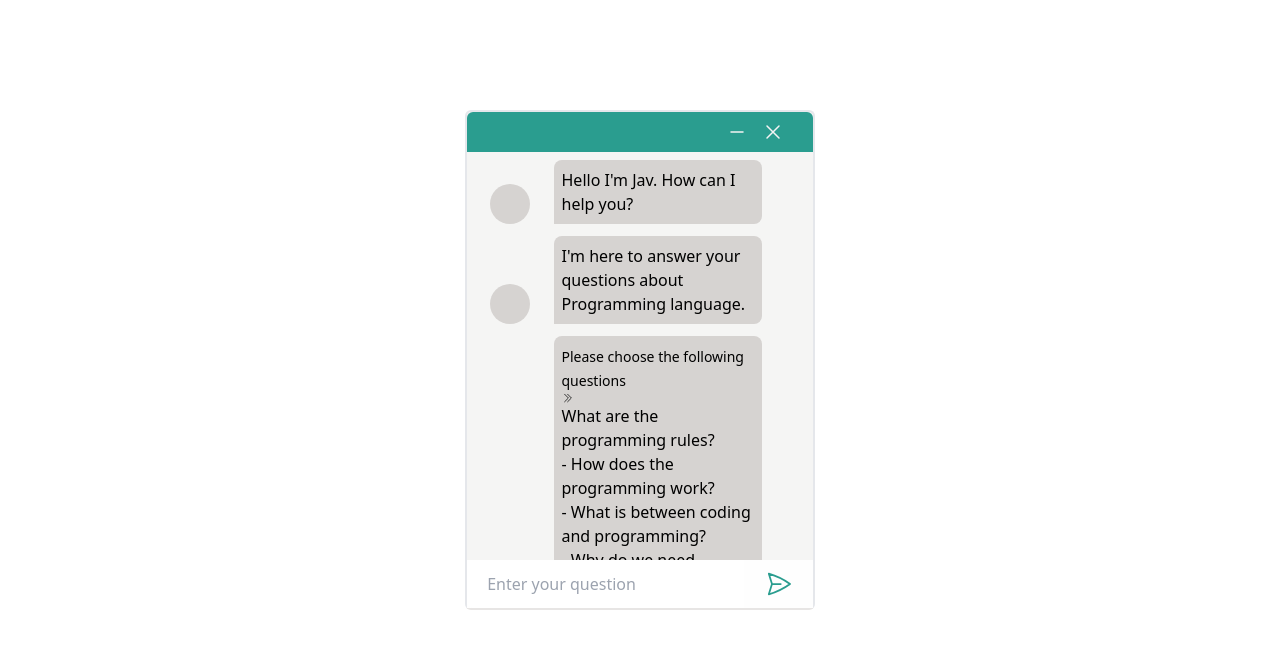
Repository: hsumyatm7308/Chatbot
Page: index.html
These files come from the project's save history. The page is drawn as it stood at one moment and after the next save; the edit follows.
The browser window is 1280 px wide. The pictures show the whole page.
Some web libraries are served in a nearby version.

Above is the page before, as saved 2023-07-09 12:41:23.

After the next save:
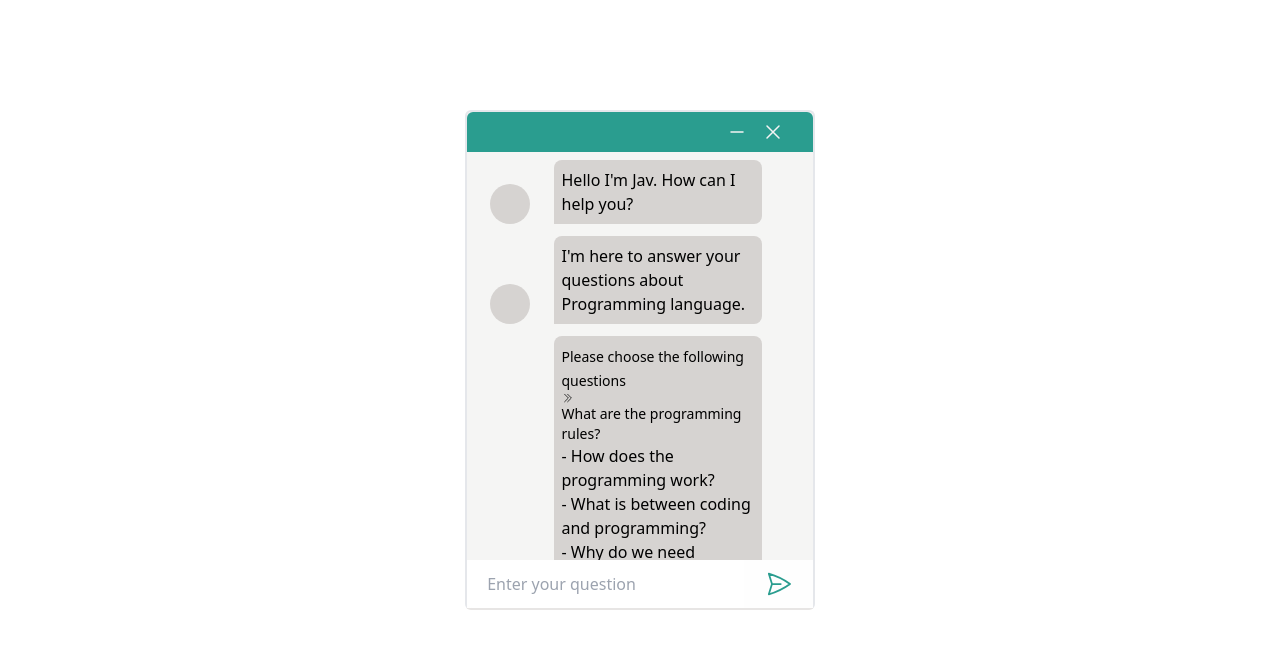
Saved 24 s later.
--- a/index.html
+++ b/index.html
@@ -70,7 +70,7 @@
                                 <span>
                                     <span class="text-sm">Please choose the following questions</span>
                                     <ul>
-                                        <li class="text-md flex"><a href=""><svg xmlns="http://www.w3.org/2000/svg"
+                                        <li class="text-md flex"><a href="" class="text-sm"><svg xmlns="http://www.w3.org/2000/svg"
                                                     fill="none" viewBox="0 0 24 24" stroke-width="1.5"
                                                     stroke="currentColor" class="w-3 h-3">
                                                     <path stroke-linecap="round" stroke-linejoin="round"
